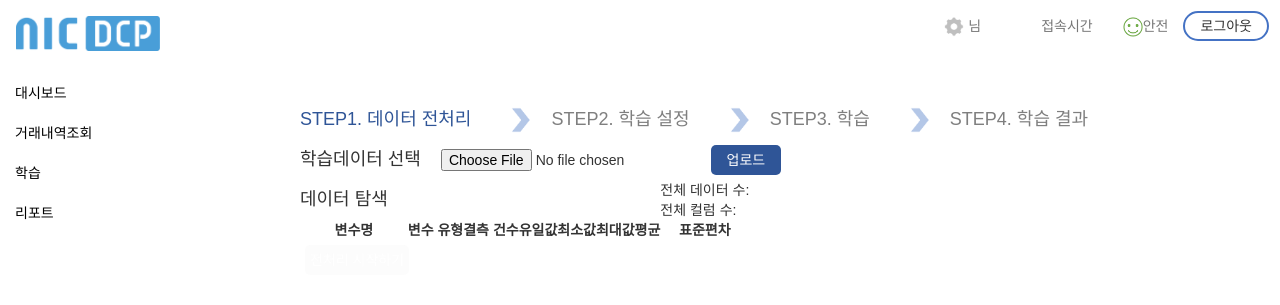
Repository: zzyeah0/project01
Page: http://localhost/nicdcp_frontend/step1.jsp
These files come from the project's save history. The page is drawn as it stood at one moment and after the next save; the edit follows.
The browser window is 1280 px wide. The pictures show the whole page.
Some web fonts or font styles are not loaded; a fallback is used. The page is served by Tomcat 9. The template is opened directly, without the code that normally fills it, so the values that code supplies are empty.

Above is the page before, as saved 2021-05-24 09:51:35.

After the next save:
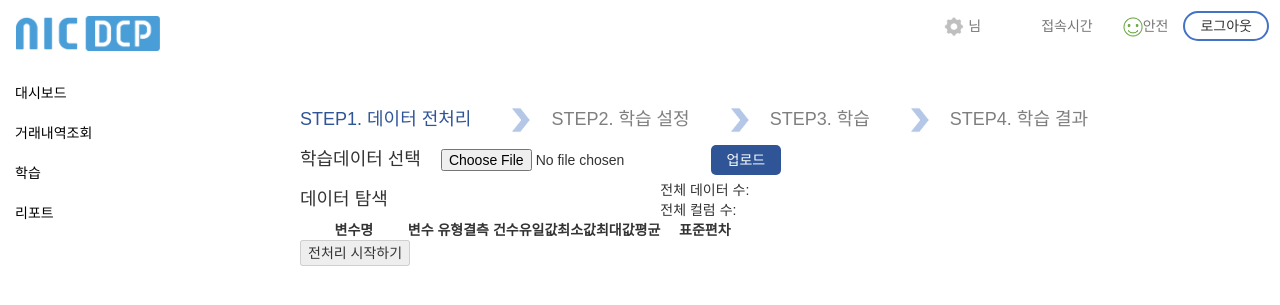
Saved 13 s later.
--- a/nicdcp_frontend/src/main/webapp/step1.jsp
+++ b/nicdcp_frontend/src/main/webapp/step1.jsp
@@ -67,7 +67,7 @@
 				<th>표준편차</th>
 			</tr>
 		</table>
-		<input type="button" disabled value="전처리 시작하기" class="btn"/>
+		<input type="button" disabled value="전처리 시작하기"/>
 	</div>
 </body>
 </html>
